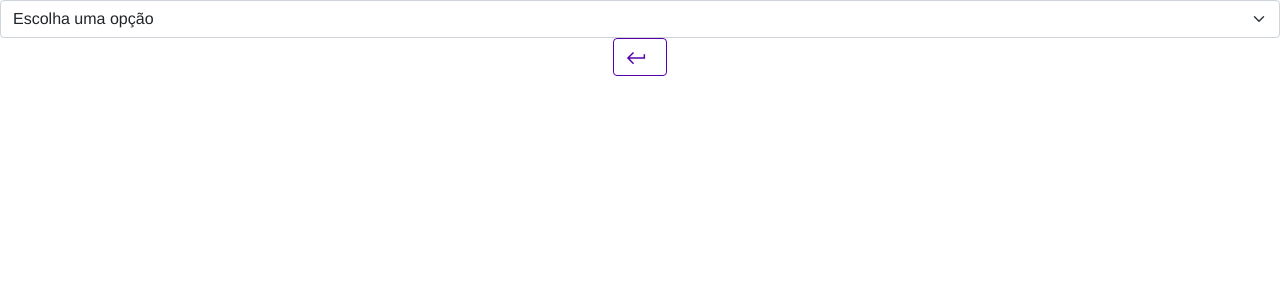
Repository: LuismGil/Countries-list
Page: /
An editor plug-in stored every save of this project. The page is shown before and after the next save, followed by the edit.
The browser window is 1280 px wide. The pictures show the whole page.
Pictures or frames that could not be fetched are drawn as grey boxes. The project was rebuilt for these pictures with package versions that can differ from the ones it lists, and the page was loaded fresh each time.

Above is the page before, as saved 2021-05-22 20:36:12.

After the next save:
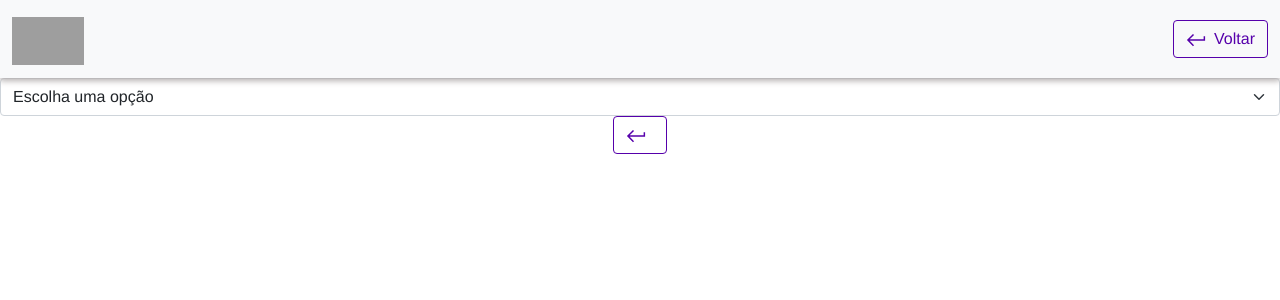
Saved 8 s later.
--- a/src/App.vue
+++ b/src/App.vue
@@ -1,19 +1,19 @@
 <template>
   <div id="app">
-    <!-- <mv-header /> -->
+    <mv-header />
     <Home></Home>
 
   </div>
 </template>
 
 <script>
-// import MvHeader from './components/MvHeader.vue';
+import MvHeader from './components/MvHeader.vue';
 import Home from './views/Home.vue';
 
 export default {
   name: 'App',
   components: {
-    // MvHeader,
+    MvHeader,
     Home,
   },
 };
